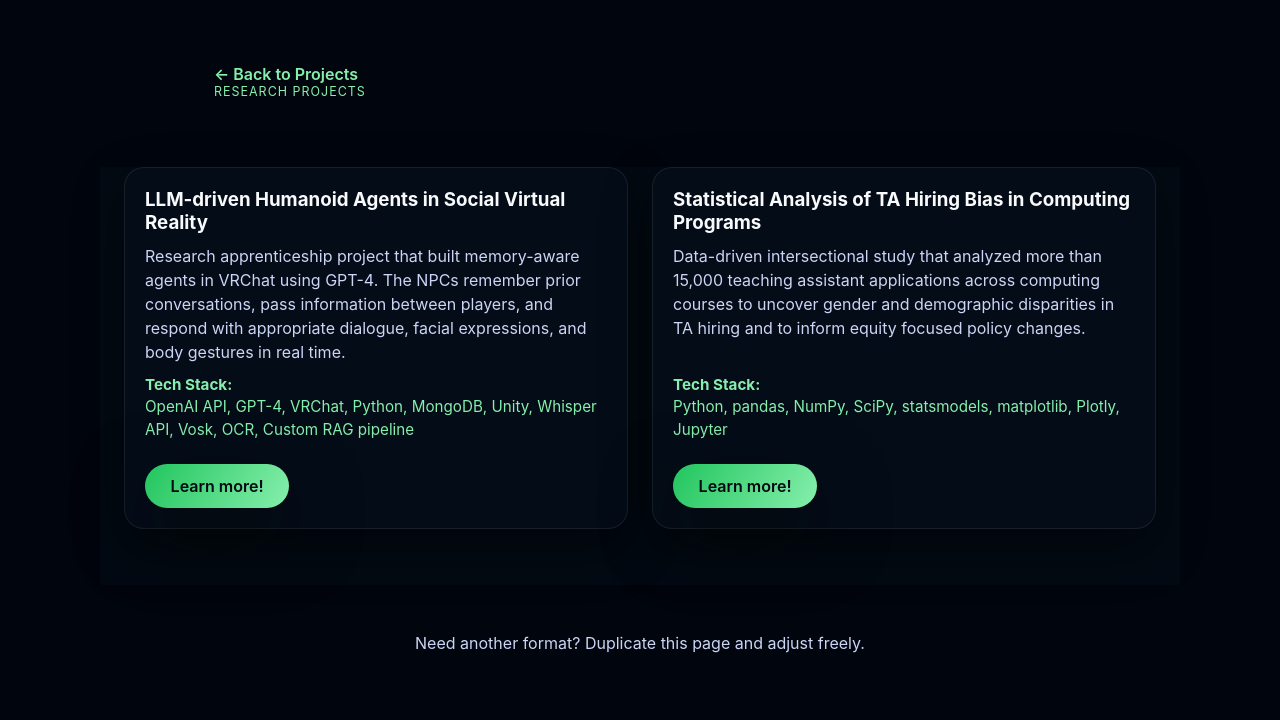
Repository: Abdulaziz-04/Abdulaziz-04.github.io
Page: projects/research.html
An editor plug-in stored every save of this project. The page is shown before and after the next save, followed by the edit.
The browser window is 1280 px wide. The pictures show the whole page.

Above is the page before, as saved 2025-11-20 16:18:48.

### projects/research.html
<!DOCTYPE html>
<html lang="en">
  <head>
    <meta charset="UTF-8" />
    <meta name="viewport" content="width=device-width, initial-scale=1" />
    <title>Research Projects | Projects</title>
    <link rel="stylesheet" href="../assets/css/styles.css" />
  </head>
  <body class="category-page">
    <header class="category-hero">
      <a class="category-back" href="../index.html#projects"
        >&larr; Back to Projects</a
      >
      <p class="category-pill">Research Projects</p>
    </header>
    <main class="section category-section">
      <div class="project-modal-grid">
        <article class="project-modal-card">
          <div class="project-modal__body">
            <h3>LLM-driven Humanoid Agents in Social Virtual Reality</h3>
            <p class="project-modal__summary">
              Research apprenticeship project that built memory-aware agents in
              VRChat using GPT-4. The NPCs remember prior conversations, pass
              information between players, and respond with appropriate
              dialogue, facial expressions, and body gestures in real time.
            </p>
            <p class="project-modal__tech">
              <strong>Tech Stack:</strong> OpenAI API, GPT-4, VRChat, Python,
              MongoDB, Unity, Whisper API, Vosk, OCR, Custom RAG pipeline
            </p>
            <div class="project-modal__actions">
              <a
                class="btn primary"
                href="../deepdives/research projects/humanoid_agents/humanoid_agents.html"
                >Learn more!</a
              >
            </div>
          </div>
        </article>

        <article class="project-modal-card">
          <div class="project-modal__body">
            <h3>
              Statistical Analysis of TA Hiring Bias in Computing Programs
            </h3>
            <p class="project-modal__summary">
              Data-driven intersectional study that analyzed more than 15,000
              teaching assistant applications across computing courses to
              uncover gender and demographic disparities in TA hiring and to
              inform equity focused policy changes.
            </p>

            <p class="project-modal__tech">
              <strong>Tech Stack:</strong>
              Python, pandas, NumPy, SciPy, statsmodels, matplotlib, Plotly,
              Jupyter
            </p>
            <div class="project-modal__actions">
              <a
                class="btn primary"
                href="../deepdives/research projects/ta_analysis/ta_analysis.html"
                >Learn more!</a
              >
            </div>
          </div>
        </article>
      </div>
    </main>
    <footer class="category-footer">
      <p>Need another format? Duplicate this page and adjust freely.</p>
    </footer>
  </body>
</html>

### assets/css/styles.css
:root {
  --bg: #030a13;
  --bg-alt: #050f1f;
  --panel: #071425;
  --panel-soft: rgba(34, 197, 94, 0.08);
  --accent: #22c55e;
  --accent-strong: #86efac;
  --text: #f8fafc;
  --muted: #cbd5f5;
  --border: rgba(255, 255, 255, 0.08);
  --radius: 18px;
  --shadow: 0 25px 70px rgba(1, 8, 4, 0.55);
}

* {
  box-sizing: border-box;
}

body {
  margin: 0;
  min-height: 100vh;
  font-family: "Inter", "Segoe UI", system-ui, -apple-system, BlinkMacSystemFont,
    sans-serif;
  color: var(--text);
  background: radial-gradient(circle at 15% 35%, rgba(34, 197, 94, 0.15), transparent 45%),
    radial-gradient(circle at 80% 0%, rgba(134, 239, 172, 0.2), transparent 35%),
    #020718;
  scroll-behavior: smooth;
  padding-top: 0;
}

.modal-open {
  overflow: hidden;
}

main {
  background: var(--bg);
}

.section {
  max-width: 1080px;
  margin: 0 auto;
  padding: 3.5rem 1.5rem;
}

.site-header {
  margin: 0;
  padding: clamp(4rem, 12vw, 6rem) clamp(1.5rem, 6vw, 4rem) 3.5rem;
  background: linear-gradient(135deg, rgba(5, 18, 12, 0.9), rgba(3, 10, 19, 0.85)),
    radial-gradient(circle at top left, rgba(34, 197, 94, 0.25), transparent 55%);
  box-shadow: inset 0 1px 0 rgba(255, 255, 255, 0.05);
  min-height: 85vh;
  display: flex;
  align-items: center;
}

.hero-header {
  margin-top: 0;
  padding-top: clamp(4.5rem, 12vw, 7rem);
}

.top-nav {
  position: fixed;
  top: 0;
  left: 0;
  width: 100%;
  padding: 0.75rem clamp(1.25rem, 6vw, 4rem);
  background: rgba(4, 9, 20, 0.95);
  border-bottom: 1px solid rgba(255, 255, 255, 0.05);
  backdrop-filter: blur(14px);
  display: flex;
  align-items: center;
  justify-content: space-between;
  gap: 1rem;
  z-index: 50;
}

.top-nav__brand {
  font-size: 0.85rem;
  letter-spacing: 0.3em;
  text-transform: uppercase;
  color: var(--muted);
}

.top-nav__links {
  display: flex;
  align-items: center;
  gap: 0.9rem;
  flex-wrap: wrap;
}

.nav-link {
  text-decoration: none;
  color: var(--muted);
  font-weight: 600;
  letter-spacing: 0.08em;
  text-transform: uppercase;
  padding: 0.4rem 0.85rem;
  border-radius: 999px;
  transition: color 0.2s ease, background 0.2s ease;
}

.nav-link:hover {
  color: var(--text);
}

.nav-link.active {
  background: var(--accent);
  color: #03140c;
}

.hire-btn {
  cursor: pointer;
  background: var(--accent);
  color: black;
  padding: 0.95rem 2.4rem;
  font-size: 1.1rem;
  font-weight: 700;
  border: none;
  border-radius: 999px;
  box-shadow: 0 12px 28px rgba(34, 197, 94, 0.35);
}

.hero-grid {
  display: grid;
  grid-template-columns: minmax(0, 1.4fr) minmax(220px, 320px);
  gap: clamp(2rem, 4vw, 3.5rem);
  width: 100%;
  align-items: start;
}

.hero-text h1 {
  font-size: clamp(2.5rem, 5vw, 3.8rem);
  margin: 0.2rem 0 0.8rem;
}

.hero-lede {
  color: var(--muted);
  font-size: 1.05rem;
  max-width: 560px;
  line-height: 1.6;
}

.eyebrow {
  text-transform: uppercase;
  color: var(--accent-strong);
}

.hero-summary {
  margin: 1.5rem 0 1.75rem;
  color: var(--muted);
}

.summary-list {
  font-size: large;
  margin: 0;
  padding-left: 1.5rem;
}

.summary-list li {
  margin-bottom: 0.55rem;
  line-height: 1.5;
}

.hero-actions {
  display: flex;
  flex-wrap: wrap;
  gap: 1rem;
  width: 100%;
}

.hero-actions .hire-btn {
  padding: 1.1rem 2.8rem;
  font-size: 1.2rem;
}

.btn {
  display: inline-flex;
  align-items: center;
  justify-content: center;
  gap: 0.4rem;
  padding: 0.75rem 1.6rem;
  border-radius: 999px;
  text-decoration: none;
  font-weight: 600;
  transition: transform 0.2s ease, box-shadow 0.2s ease;
}

.btn.primary {
  background: linear-gradient(120deg, var(--accent), var(--accent-strong));
  color: #020714;
  box-shadow: var(--shadow);
}

.btn.secondary {
  border: 1px solid var(--accent);
  color: var(--accent-strong);
}

.btn:hover {
  transform: translateY(-2px);
}

.hero-photo {
  justify-self: center;
}

.hero-photo img {
  width: clamp(220px, 18vw, 280px);
  border-radius: 28px;
  border: 1px solid rgba(134, 239, 172, 0.2);
  box-shadow: 0 20px 60px rgba(0, 0, 0, 0.6);
  filter: saturate(1.05);
}

.section h2 {
  margin-top: 0;
  font-size: 2rem;
}

.experience-grid {
  display: grid;
  grid-template-columns: repeat(auto-fit, minmax(300px, 1fr));
  gap: 1.75rem;
}

.experience-title {
  display: flex;
  justify-content: space-between;
  align-items: center;
  gap: 1rem;
  font-size: 1.2rem;
}

.experience-title .role {
  color: var(--text); /* default text color */
  font-weight: 600;
}

.experience-title .org {
  color:#6DF9C9;
  white-space: nowrap;
}

.experience-card,
.project-card {
  background: linear-gradient(145deg, var(--panel), rgba(6, 14, 18, 0.9));
  border-radius: var(--radius);
  border: 1px solid var(--border);
  padding: 1.75rem;
  box-shadow: var(--shadow);
}

.timeline {
  border-left: 2px solid var(--border);
  margin-top: 1.25rem;
}

.timeline-item {
  padding-left: 1.75rem;
  margin-bottom: 1.75rem;
  position: relative;
}

.timeline-header {
  display: flex;
  justify-content: space-between;
  align-items: baseline;
  gap: 1rem;
}

.timeline-header h3 {
  margin: 0;
}

.education-title {
  display: flex;
  justify-content: space-between;
  gap: 0.75rem;
  align-items: baseline;
  flex-wrap: wrap;
}

.edu-gpa {
  color: var(--accent-strong);
  white-space: nowrap;
  font-size: 0.95rem;
}





.hire-modal {
  position: fixed;
  inset: 0;
  background: rgba(5, 9, 18, 0.8);
  display: flex;
  justify-content: center;
  align-items: center;
  z-index: 100;
}

.hire-modal[hidden] {
  display: none;
}

.hire-modal__panel {
  background: #050b16;
  border: 1px solid rgba(255, 255, 255, 0.08);
  border-radius: 22px;
  padding: 1.75rem;
  width: min(90%, 420px);
  box-shadow: 0 30px 80px rgba(0, 0, 0, 0.55);
  position: relative;
  color: var(--text);
}

.hire-modal__panel p {
  color: var(--muted);
}

.hire-modal__close {
  position: absolute;
  top: 0.5rem;
  right: 0.75rem;
  background: var(--accent);
  color: #02120b;
  border: none;
  font-size: 1.35rem;
  font-weight: 700;
  cursor: pointer;
  width: 2.25rem;
  height: 2.25rem;
  border-radius: 999px;
  display: inline-flex;
  align-items: center;
  justify-content: center;
  line-height: 1;
}

.hire-options {
  display: flex;
  flex-direction: column;
  gap: 0.75rem;
  margin-top: 1rem;
}

.hire-option {
  display: flex;
  justify-content: space-between;
  align-items: center;
  padding: 0.85rem 1rem;
  border-radius: 1rem;
  text-decoration: none;
  color: var(--text);
  border: 1px solid rgba(255, 255, 255, 0.08);
  background: rgba(255, 255, 255, 0.02);
  transition: background 0.2s ease, transform 0.2s ease;
}

.hire-option:hover {
  background: rgba(34, 197, 94, 0.18);
  transform: translateY(-2px);
}

.hire-option small {
  color: var(--muted);
  letter-spacing: 0.04em;
}

.hire-modal__action {
  margin-top: 1.5rem;
  width: 100%;
  text-align: center;
}

.timeline-item::before {
  content: "";
  width: 11px;
  height: 11px;
  border-radius: 999px;
  background: var(--accent);
  box-shadow: 0 0 16px rgba(34, 197, 94, 0.8);
  position: absolute;
  left: -6px;
  top: 4px;
}

.timeline-date {
  font-size: 0.85rem;
  letter-spacing: 0.1em;
  text-transform: uppercase;
  color: var(--muted);
}

.course-dropdown {
  margin-top: 1.5rem;
}

.course-toggle {
  width: 100%;
  background: transparent;
  border: 1px solid rgba(255, 255, 255, 0.08);
  border-radius: var(--radius);
  padding: 0.75rem 1.1rem;
  color: var(--text);
  font: inherit;
  font-weight: 600;
  letter-spacing: 0.04em;
  display: flex;
  justify-content: space-between;
  align-items: center;
  cursor: pointer;
  transition: border-color 0.2s ease, transform 0.2s ease, box-shadow 0.2s ease;
}

.course-toggle:hover {
  border-color: rgba(134, 239, 172, 0.7);
  box-shadow: 0 0 20px rgba(34, 197, 94, 0.25);
  transform: translateY(-1px);
}

.course-toggle__icon {
  font-size: 1.1rem;
  line-height: 1;
  transition: transform 0.25s ease;
}

.course-toggle[aria-expanded='true'] .course-toggle__icon {
  transform: rotate(45deg);
}

.course-panel {
  margin-top: 1rem;
  border-left: 2px solid rgba(134, 239, 172, 0.3);
  padding-left: 1.25rem;
}

.course-panel[hidden] {
  display: none;
}

.course-panel__body h4 {
  margin-top: 1rem;
  margin-bottom: 0.5rem;
}

.certifications-list {
  display: grid;
  gap: 1rem;
  margin-top: 1rem;
}

#certifications {
  scroll-margin-top: 140px;
}

.cert-list {
  list-style: none;
  padding: 0;
  margin: 0;
  display: flex;
  flex-direction: column;
  gap: 0.75rem;
}

.cert-title {
  font-weight: 700;
}

.cert-meta {
  font-size: 0.95rem;
  color: var(--muted);
}

.loading-text,
.loading-error {
  color: var(--muted);
  font-style: italic;
}

.loading-error {
  color: #fda4af;
}

.project-card--featured {
  display: flex;
  flex-wrap: wrap;
  gap: 1.5rem;
}

.project-media img {
  max-width: 280px;
  border-radius: var(--radius);
  border: 1px solid rgba(34, 197, 94, 0.3);
}

.project-grid {
  display: grid;
  grid-template-columns: repeat(auto-fit, minmax(240px, 1fr));
  gap: 1.25rem;
  margin-top: 1rem;
}

.projects-overview .projects-lede {
  color: var(--muted);
  max-width: 760px;
  margin-bottom: 2rem;
}

.project-category-grid {
  display: grid;
  grid-template-columns: repeat(auto-fit, minmax(260px, 1fr));
  gap: 1.5rem;
  margin-top: 2rem;
}

.project-category-card {
  border: 1px solid var(--border);
  border-radius: var(--radius);
  padding: 1.75rem;
  background: rgba(7, 19, 33, 0.85);
  display: flex;
  flex-direction: column;
  gap: 0.75rem;
  box-shadow: 0 15px 40px rgba(0, 0, 0, 0.35);
  min-height: 260px;
}

.category-pill {
  text-transform: uppercase;
  letter-spacing: 0.08em;
  font-size: 0.78rem;
  color: var(--accent-strong);
  margin: 0;
  display: block;
  min-height: 2.2em;
}

.project-category-card h3 {
  margin: 0;
  line-height: 1.35;
  min-height: 3.2em;
}

.project-category-card > p:not(.category-pill) {
  margin: 0;
  line-height: 1.5;
  min-height: 4.4em;
}

.category-link {
  align-self: flex-start;
  margin-top: auto;
}

.category-page {
  background: #01050d;
  color: var(--text);
  min-height: 100vh;
  margin: 0;
}

.category-hero {
  max-width: 900px;
  margin: 0 auto;
  padding: 4rem 1.5rem 2rem;
  text-align: left;
}

.category-hero h1 {
  margin-top: 0.5rem;
}

.category-back {
  text-decoration: none;
  color: var(--accent-strong);
  font-weight: 600;
}

.category-section {
  padding-top: 0;
}

.category-description {
  color: var(--muted);
  max-width: 720px;
}

.project-modal-grid {
  display: grid;
  grid-template-columns: repeat(auto-fit, minmax(280px, 1fr));
  gap: 1.5rem;
  margin-top: 1.5rem;
  align-items: stretch;
  grid-auto-rows: 1fr;
}

.project-modal-card {
  border: 1px solid rgba(255, 255, 255, 0.08);
  border-radius: 20px;
  padding: 1.25rem;
  background: rgba(5, 13, 25, 0.95);
  display: flex;
  flex-direction: column;
  gap: 1rem;
  box-shadow: 0 20px 50px rgba(0, 0, 0, 0.45);
  height: 100%;
}

.project-modal__body {
  display: grid;
  grid-template-rows: auto 1fr auto auto;
  gap: 0.6rem;
  height: 100%;
}

.project-modal-card h3 {
  margin: 0;
  min-height: 2.6rem;
  display: flex;
  align-items: flex-end;
}

.project-modal__body h3,
.project-modal__body p {
  margin: 0;
}

.project-modal__summary {
  color: var(--muted);
  line-height: 1.5;
  min-height: 0;
}

.project-modal__tech {
  font-size: 0.95rem;
  color: var(--accent-strong);
  min-height: 2.4rem;
  line-height: 1.5;
}

.project-modal__tech strong,
.project-modal__tech b {
  display: block;
}

.project-modal__actions {
  display: flex;
  gap: 0.75rem;
  flex-wrap: wrap;
  margin-top: auto;
  padding-top: 0.75rem;
}

.category-footer {
  text-align: center;
  color: var(--muted);
  padding: 2rem 1rem 3rem;
}

.project-detail-page {
  background: #01050d;
  color: var(--text);
  margin: 0;
}

.detail-hero {
  max-width: 960px;
  margin: 0 auto;
  padding: 4rem 1.5rem 2rem;
}

.detail-summary {
  color: var(--muted);
  font-size: 1.1rem;
}

.detail-meta {
  list-style: none;
  padding: 0;
  margin: 1.5rem 0 0;
  display: flex;
  flex-wrap: wrap;
  gap: 1rem 2rem;
  color: var(--accent-strong);
}

.detail-content {
  padding-top: 0;
}

.home-page p,
.home-page li,
.home-page .course-panel__body {
  text-align: justify;
}

.home-page .projects-overview p,
.home-page .project-category-card p {
  text-align: left;
}

.project-detail-page p,
.project-detail-page li {
  text-align: justify;
}

.detail-section {
  margin-bottom: 2.5rem;
}

.detail-gallery {
  display: flex;
  flex-direction: column;
  gap: 1.5rem;
}

.detail-gallery .gallery-row {
  display: flex;
  flex-direction: column;
  gap: 1.75rem;
  align-items: center;
}

.detail-gallery .gallery-row--two {
  width: 100%;
  display: grid;
  grid-template-columns: repeat(auto-fit, minmax(280px, 1fr));
  gap: 1.25rem;
  align-items: start;
}

.detail-gallery .gallery-item {
  flex: 0 0 auto;
  max-width: 880px;
  margin: 0 auto;
  text-align: center;
}

.detail-gallery .gallery-item figcaption {
  text-align: center;
}

.detail-gallery .gallery-item img {
  display: block;
  width: 100%;
  height: auto;
  border-radius: 12px;
  border: 1px solid rgba(255, 255, 255, 0.08);
  margin: 0 auto;
  transform: none;
}

.detail-video {
  display: block;
  width: 100%;
  max-width: 720px;
  height: auto;
  margin: 0 auto;
  border-radius: 12px;
  border: 1px solid rgba(255, 255, 255, 0.08);
  background: #000;
}

.detail-gallery__grid {
  display: grid;
  grid-template-columns: repeat(auto-fit, minmax(240px, 1fr));
  gap: 1.25rem;
}

.detail-gallery__grid img {
  width: 100%;
  border-radius: 14px;
  border: 1px solid rgba(255, 255, 255, 0.08);
}

.detail-snippet pre {
  background: #020714;
  padding: 1.25rem;
  border-radius: 16px;
  border: 1px solid rgba(255, 255, 255, 0.08);
  overflow-x: auto;
}

.code-emphasis {
  font-size: 1.4em;
}

.skills-list {
  display: flex;
  flex-wrap: wrap;
  gap: 0.65rem;
}

.skill-pill {
  --pill-bg: rgba(148, 163, 184, 0.15);
  --pill-color: #f8fafc;
  --pill-icon: rgba(255, 255, 255, 0.85);
  display: inline-flex;
  align-items: center;
  gap: 0.4rem;
  padding: 0.45rem 0.9rem;
  border-radius: 0.85rem;
  background: var(--pill-bg);
  color: var(--pill-color);
  font-size: 0.78rem;
  font-weight: 700;
  letter-spacing: 0.05em;
  text-transform: uppercase;
  border: 1px solid rgba(255, 255, 255, 0.06);
  box-shadow: 0 6px 14px rgba(0, 0, 0, 0.25);
}

.skill-pill i {
  font-size: 1rem;
  color: var(--pill-icon);
}

.site-footer {
  text-align: center;
  display: flex;
  justify-content: center;
  padding: 2.5rem 1rem 3rem;
  color: var(--muted);
  border-top: 1px solid var(--border);
  background: linear-gradient(180deg, rgba(5, 9, 18, 0.98), rgba(2, 7, 24, 0.95));
  margin-top: 0;
  box-shadow: 0 -18px 45px rgba(0, 0, 0, 0.45);
}

.site-footer p {
  margin: 0;
}

@media (max-width: 1024px) {
  .hero-grid {
    grid-template-columns: 1fr;
    text-align: center;
  }

  .hero-photo {
    order: -1;
  }

  .top-nav {
    flex-direction: column;
    align-items: flex-start;
    gap: 0.5rem;
  }

  .top-nav__links {
    width: 100%;
    justify-content: flex-start;
    gap: 0.5rem;
  }

  .hire-btn {
    width: 100%;
    text-align: center;
  }
}

@media (max-width: 640px) {
  .hero-header {
    padding-top: 9rem;
  }

  .experience-title {
    flex-direction: column;
    align-items: flex-start;
    gap: 0.35rem;
    font-size: 1.05rem;
  }

  .experience-title .org {
    white-space: normal;
    width: 100%;
  }
}


/* Medium size for first GIF */
.gallery-item--medium {
  text-align: center;
}

.gallery-item--medium img {
  max-width: 720px;
  width: 100%;
  height: auto;
  display: block;
  margin: 0 auto;
}

.gallery-item figcaption {
  margin-top: 0.95rem;
  color: var(--muted);
  line-height: 1.5;
}

.hero-screens {
  display: flex;
  flex-wrap: wrap;
  justify-content: center;
  align-items: flex-start;
  gap: 1.25rem;
}

.hero-screens .gallery-item {
  max-width: 220px;
  width: 100%;
  display: flex;
  flex-direction: column;
  align-items: center;
}

.hero-screens .gallery-item img {
  width: 100%;
  height: 420px;
  display: block;
  margin: 0 auto;
  object-fit: contain;
}

.hero-screens .gallery-item figcaption {
  text-align: center;
  margin-top: 0.75rem;
}


a {
  color: #b6f5c9;
}

a:hover {
  color: #8ef0af;
}

After the next save:
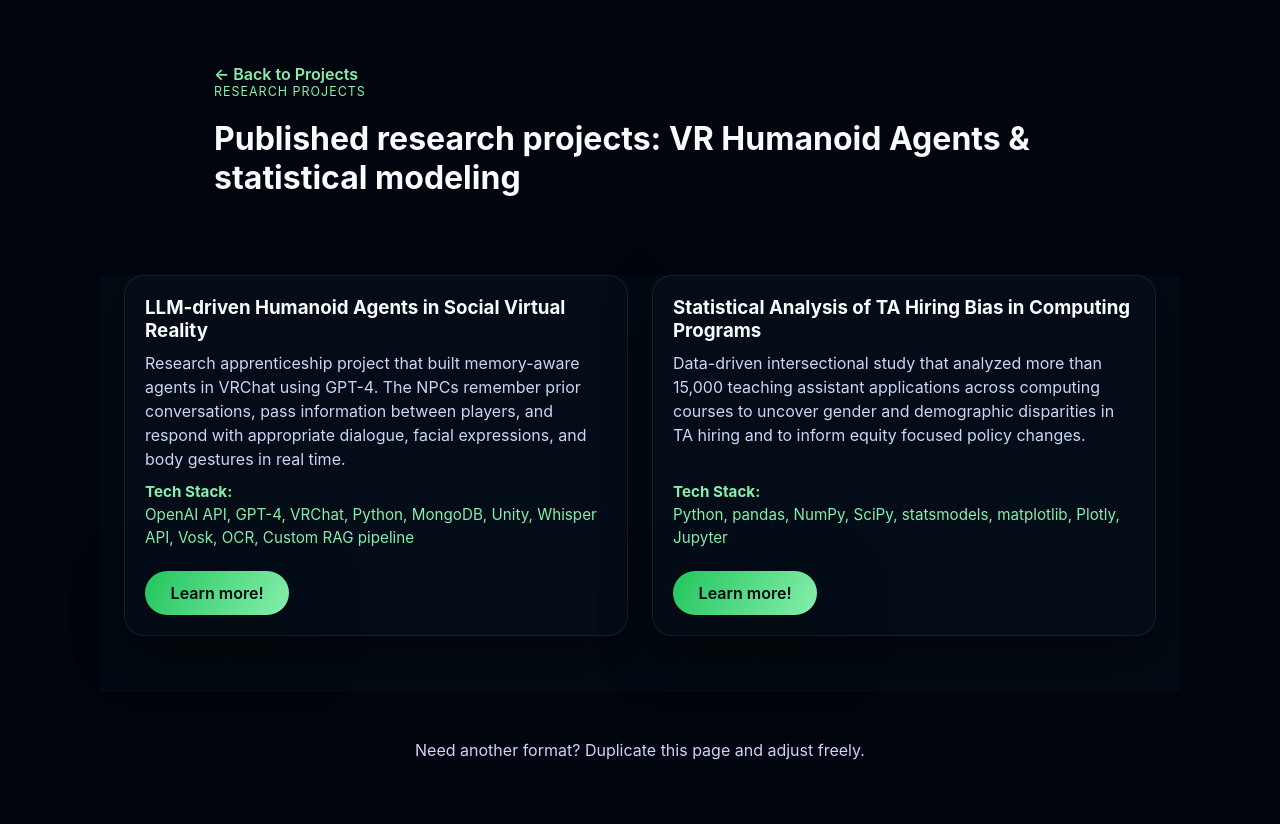
Saved 93 s later.
--- a/projects/research.html
+++ b/projects/research.html
@@ -12,6 +12,9 @@
         >&larr; Back to Projects</a
       >
       <p class="category-pill">Research Projects</p>
+      <h1>
+        Published research projects: VR Humanoid Agents & statistical modeling
+      </h1>
     </header>
     <main class="section category-section">
       <div class="project-modal-grid">
